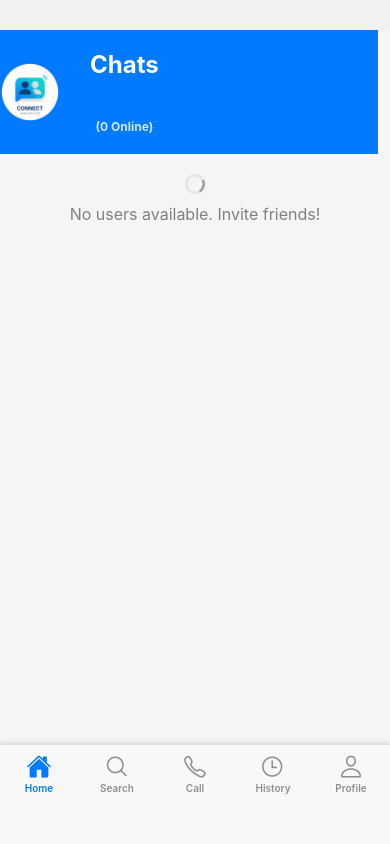
Repository: UdayRaj04/Chatapp_native
Screen: /MainTabs (app in ChatAppFrontend/)
An editor plug-in stored every save of this project. The screen is shown before and after the next save, followed by the edit.
The app was drawn by React Native's web renderer in a window 390 px wide. The project was rebuilt for these pictures with package versions that can differ from the ones it lists, and the page was loaded fresh each time. Some packages were replaced by stand-ins written for this rebuild. Also part of the build but not shown: ChatAppFrontend/screens/RegisterScreen.tsx, ChatAppFrontend/screens/ChatScreen.tsx, ChatAppFrontend/screens/SearchScreen.tsx, ChatAppFrontend/screens/AnalyticsScreen.tsx, ChatAppFrontend/screens/HistoryScreen.tsx, ChatAppFrontend/screens/ProfileScreen.tsx.

Above is the screen before, as saved 2025-09-09 17:57:21.

After the next save:
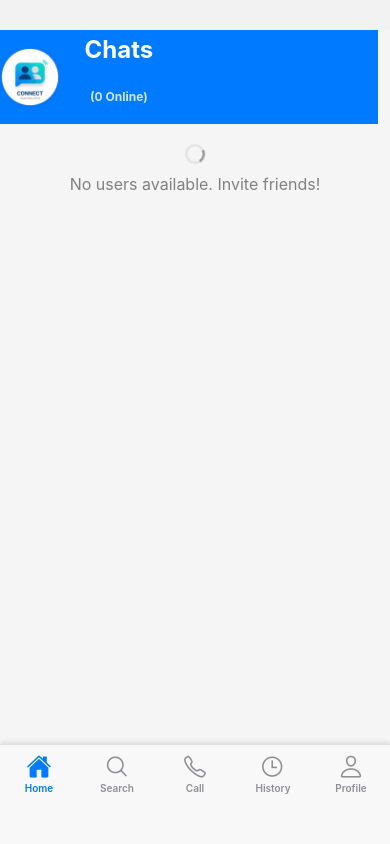
Saved 13 s later.
--- a/ChatAppFrontend/screens/ChatListScreen.tsx
+++ b/ChatAppFrontend/screens/ChatListScreen.tsx
@@ -224,7 +224,7 @@ const styles = StyleSheet.create({
   title: {
     fontSize: 24,
     fontWeight: 'bold',
-    padding: 20,
+    padding: 5,
     color: '#ffffffff',
     textAlign: 'center',
 
